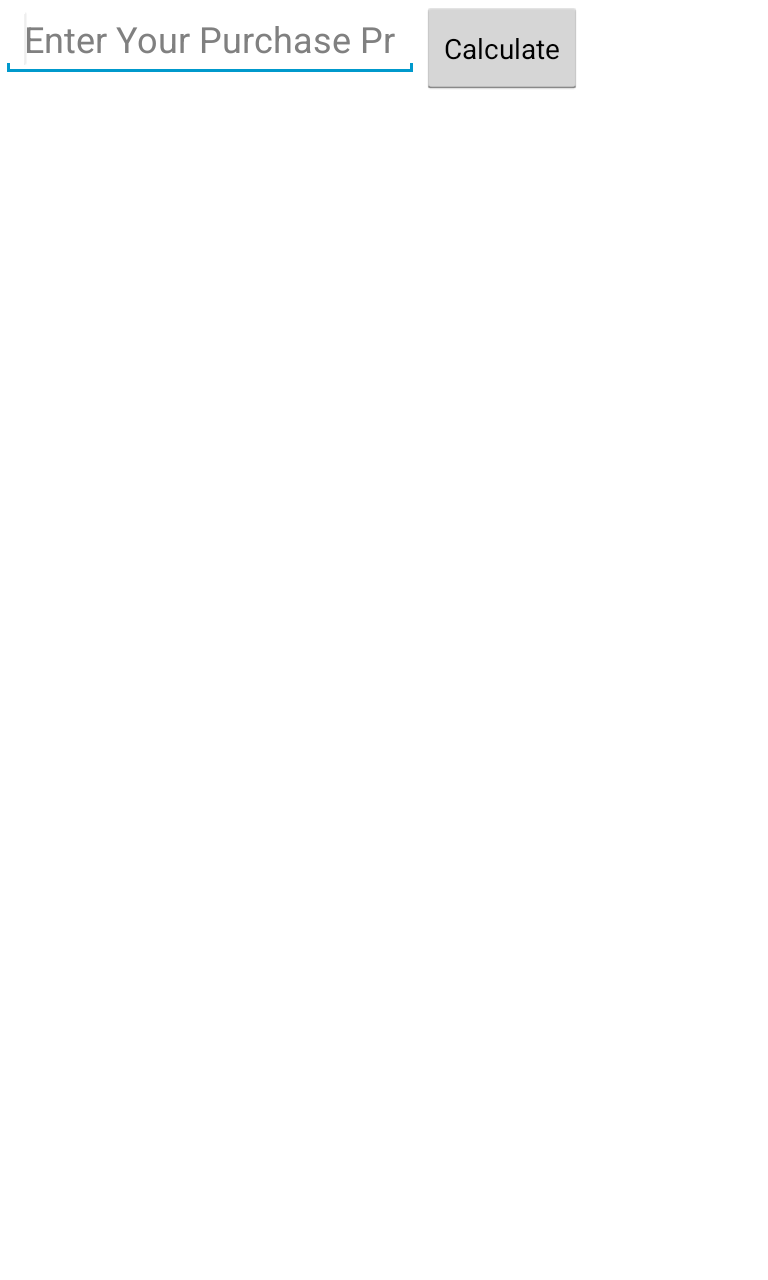
Repository: missxlian/angelHackSac
Layout: workspace/NoteHack/res/layout/fragment_section_intrate.xml
The author's editor kept a copy of each file at every save. The layout is drawn from the files as they stood at one save, then again after the next save.
It is drawn on a 768 x 1280 px phone screen (xhdpi) without system bars, with theme android:Theme.Holo.Light.DarkActionBar; the app's code is not run.

Above is the layout before, as saved 2013-12-01 19:44:03.

After the next save:
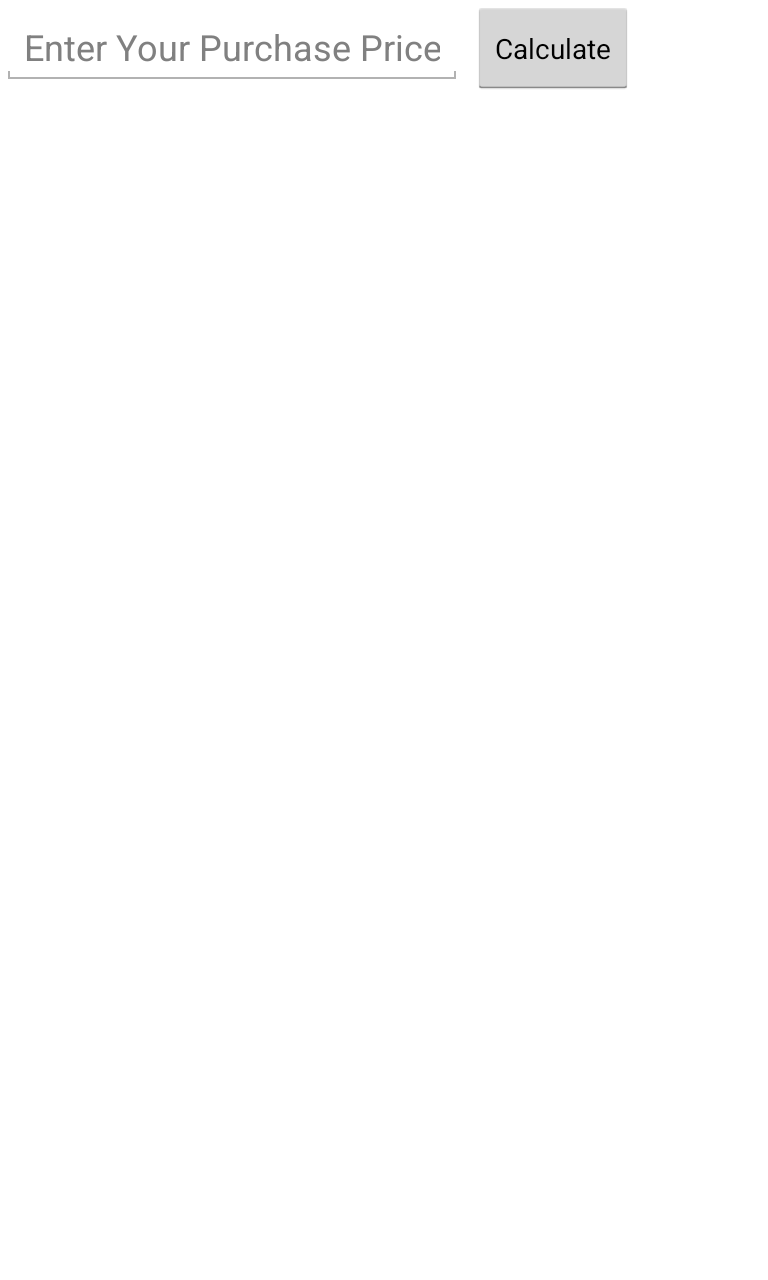
Saved 76 s later.
--- a/workspace/NoteHack/res/layout/fragment_section_intrate.xml
+++ b/workspace/NoteHack/res/layout/fragment_section_intrate.xml
@@ -3,33 +3,19 @@
     android:id="@+id/GridLayout1"
     android:layout_width="match_parent"
     android:layout_height="match_parent"
-    android:columnCount="5"
+    android:columnCount="7"
     android:orientation="horizontal" >
 
     <Space
-        android:layout_column="4"
+        android:layout_column="6"
         android:layout_gravity="fill_vertical"
         android:layout_row="4" />
-
-    <EditText
-        android:id="@+id/purPrice"
-        android:layout_width="wrap_content"
-        android:layout_height="wrap_content"
-        android:layout_column="0"
-        android:layout_gravity="left|top"
-        android:layout_row="1"
-        android:ems="10"
-        android:hint="Enter Your Purchase Price"
-        android:inputType="numberDecimal" >
-
-        <requestFocus />
-    </EditText>
 
     <TextView
         android:id="@+id/textView1"
         android:layout_width="wrap_content"
         android:layout_height="wrap_content"
-        android:layout_column="0"
+        android:layout_column="1"
         android:layout_gravity="center"
         android:layout_row="2"
         android:text=" " />
@@ -38,9 +24,20 @@
         android:id="@+id/interestRate"
         style="?android:attr/buttonStyleSmall"
         android:layout_width="wrap_content"
-        android:layout_column="1"
+        android:layout_column="3"
         android:layout_gravity="left|top"
         android:layout_row="1"
         android:text="Calculate" />
 
+    <EditText
+        android:id="@+id/purPrice"
+        android:layout_width="232dp"
+        android:layout_height="wrap_content"
+        android:layout_column="0"
+        android:layout_gravity="left|center_vertical"
+        android:layout_row="1"
+        android:ems="10"
+        android:hint="Enter Your Purchase Price"
+        android:inputType="numberDecimal" />
+
 </GridLayout>
